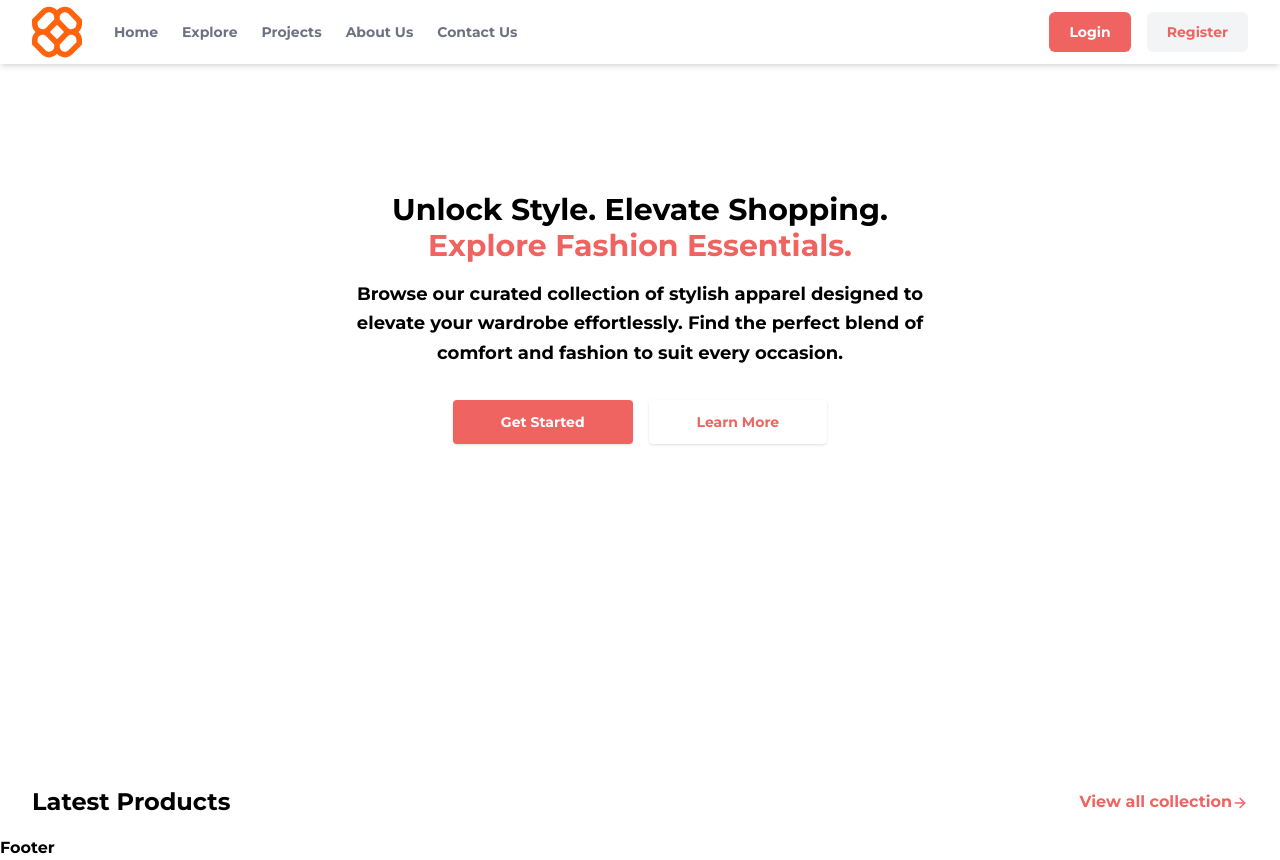
Repository: YahiaSala7/E-commerce-Project
Page: / (app in ecommerce/)
The author's editor kept a copy of each file at every save. The page is drawn from the files as they stood at one save, then again after the next save.
The browser window is 1280 px wide. The pictures show the whole page.
The page's requests for data from a server got no answer. The project was rebuilt for these pictures with package versions that can differ from the ones it lists, and the page was loaded fresh each time. The framework's server and built-in components were replaced by stand-ins that run in the browser. No one was signed in, and anything a server would have sent is missing. Also part of the build but not shown: ecommerce/next.config.mjs, ecommerce/app/_Components/ProductItem.jsx.

Above is the page before, as saved 2024-07-26 02:16:54.

### ecommerce/app/layout.js
import { Montserrat } from "next/font/google";
import "./globals.css";
import Header from "./_Components/Header";
import Footer from "./_Components/Footer";

const inter = Montserrat({ subsets: ["latin"], weight: "700" });

export const metadata = {
  title: "Create Next App",
  description: "Generated by create next app",
};

export default function RootLayout({ children }) {
  return (
    <html lang="en">
      <body className={inter.className}>
        <Header />
        {children}
        <Footer />
      </body>
    </html>
  );
}

### ecommerce/app/page.js
import Image from "next/image";
import Hero from "./_Components/Hero";
import ProductsSection from "./_Components/ProductsSection";

export default function Home() {
  return (
    <div className="home">
      <Hero />
      <ProductsSection />
    </div>
  );
}

### ecommerce/app/globals.css
@tailwind base;
@tailwind components;
@tailwind utilities;

:root {
  /* --foreground-rgb: 0, 0, 0; */
  /* --background-start-rgb: 214, 219, 220;
  --background-end-rgb: 255, 255, 255; */
}

@media (prefers-color-scheme: dark) {
  :root {
    /* --foreground-rgb: 0, 0, 0; */
    /* --background-start-rgb: 0, 0, 0;
    --background-end-rgb: 0, 0, 0; */
  }
}

body {
  color: rgb(var(--foreground-rgb));
  background: linear-gradient(
      to bottom,
      transparent,
      rgb(var(--background-end-rgb))
    )
    rgb(var(--background-start-rgb));
}

@layer utilities {
  .text-balance {
    text-wrap: balance;
  }
}

### ecommerce/app/_Components/Header.jsx
import React from "react";
function Header() {
  return (
    <header className="bg-white shadow-md">
      <div className=" flex h-16 max-w-screen-xl items-center gap-8 container mx-auto px-4 sm:px-6 lg:px-8">
        <img src="/logo.svg" width={"50px"} height={"50px"} />

        <div className="flex flex-1 items-center justify-end md:justify-between">
          <nav aria-label="Global" className="hidden md:block">
            <ul className="flex items-center gap-6 text-sm">
              <li>
                <a
                  className="text-gray-500 transition hover:text-gray-500/75"
                  href="#">
                  {" "}
                  Home{" "}
                </a>
              </li>

              <li>
                <a
                  className="text-gray-500 transition hover:text-gray-500/75"
                  href="#">
                  {" "}
                  Explore{" "}
                </a>
              </li>

              <li>
                <a
                  className="text-gray-500 transition hover:text-gray-500/75"
                  href="#">
                  {" "}
                  Projects{" "}
                </a>
              </li>

              <li>
                <a
                  className="text-gray-500 transition hover:text-gray-500/75"
                  href="#">
                  {" "}
                  About Us{" "}
                </a>
              </li>

              <li>
                <a
                  className="text-gray-500 transition hover:text-gray-500/75"
                  href="#">
                  {" "}
                  Contact Us{" "}
                </a>
              </li>
            </ul>
          </nav>

          <div className="flex items-center gap-4">
            <div className="sm:flex sm:gap-4">
              <a
                className="block rounded-md bg-primary px-5 py-2.5 text-sm font-medium text-white transition hover:bg-secondary "
                href="#">
                Login
              </a>

              <a
                className="hidden rounded-md bg-gray-100 px-5 py-2.5 text-sm font-medium text-primary transition hover:text-secondary sm:block"
                href="#">
                Register
              </a>
            </div>

            <button className="block rounded bg-gray-100 p-2.5 text-gray-600 transition hover:text-gray-600/75 md:hidden">
              <span className="sr-only">Toggle menu</span>
              <svg
                xmlns="http://www.w3.org/2000/svg"
                className="h-5 w-5"
                fill="none"
                viewBox="0 0 24 24"
                stroke="currentColor"
                strokeWidth="2">
                <path
                  strokeLinecap="round"
                  strokeLinejoin="round"
                  d="M4 6h16M4 12h16M4 18h16"
                />
              </svg>
            </button>
          </div>
        </div>
      </div>
    </header>
  );
}

export default Header;

### ecommerce/app/_Components/Hero.jsx
import React from "react";

function Hero() {
  return (
    <section className="">
      <div className="mx-auto max-w-screen-xl px-4 py-32 lg:flex lg:h-screen">
        <div className="mx-auto max-w-xl text-center">
          <h1 className="text-2xl font-extrabold sm:text-3xl ">
            Unlock Style. Elevate Shopping.
            <strong className="font-extrabold text-primary sm:block">
              {" "}
              Explore Fashion Essentials.{" "}
            </strong>
          </h1>

          <p className="mt-4 sm:text-[18px]/relaxed">
            Browse our curated collection of stylish apparel designed to elevate
            your wardrobe effortlessly. Find the perfect blend of comfort and
            fashion to suit every occasion.
          </p>

          <div className="mt-8 flex flex-wrap justify-center gap-4">
            <a
              className="block w-full rounded bg-primary px-12 py-3 text-sm font-medium text-white shadow hover:bg-secondary focus:outline-none focus:ring active:bg-red-500 sm:w-auto"
              href="#">
              Get Started
            </a>

            <a
              className="block w-full rounded px-12 py-3 text-sm font-medium text-primary shadow hover:text-secondary focus:outline-none focus:ring active:text-red-500 sm:w-auto"
              href="#">
              Learn More
            </a>
          </div>
        </div>
      </div>
    </section>
  );
}

export default Hero;

### ecommerce/app/_Components/ProductsSection.jsx
import React from "react";
import LatestProducts from "./LatestProducts";
import { ArrowRight } from "lucide-react";

function ProductsSection() {
  return (
    <>
      <div className="latest-products flex justify-between items-center mx-auto px-4 sm:px-6 lg:px-8 pb-4">
        <h2 className="text-[16px] sm:text-[20px] md:text-[24px]">
          Latest Products
        </h2>
        <h4 className="text-primary flex  items-center">
          View all collection{" "}
          <ArrowRight className="w-4 h-4 text-primary mt-[1px]" />{" "}
        </h4>
      </div>
      <LatestProducts />
    </>
  );
}

export default ProductsSection;

### ecommerce/app/_Components/LatestProducts.jsx
"use client";
import React, { useEffect, useState } from "react";
import ProdcutApis from "../_utils/ProdcutApis";
import ProductItem from "./ProductItem";

function LatestProducts() {
  const [latestProducts, setLatestProducts] = useState([]);
  useEffect(() => {
    getLatestProducts_();
  }, []);
  const getLatestProducts_ = () => {
    ProdcutApis.getLatestProducts().then((res) => {
      setLatestProducts(res.data.data);
    });
  };

  return (
    <div className="grid grid-cols-2 sm:grid-col-3 md:grid-cols-4 gap-3 mx-auto px-4 sm:px-6 lg:px-8">
      {latestProducts?.map((product) => (
        <ProductItem key={product.id} product={product} />
      ))}
    </div>
  );
}

export default LatestProducts;

### ecommerce/app/_utils/ProdcutApis.js
const { default: dataFetching } = require("./dataFetching");

const getLatestProducts = () => dataFetching.get("/products?populate=*");

export default {
  getLatestProducts,
};

### ecommerce/app/_utils/dataFetching.js
const { default: axios } = require("axios");

const apiKey = process.env.NEXT_PUBLIC_REST_API_KEY;
const baseUrl = "http://localhost:1337/api";

const dataFetching = axios.create({
  baseURL: baseUrl,
  headers: {
    Authorization: `Bearer ${apiKey}`,
  },
});

export default dataFetching;

### ecommerce/tailwind.config.js
/** @type {import('tailwindcss').Config} */
module.exports = {
  content: [
    "./pages/**/*.{js,ts,jsx,tsx,mdx}",
    "./components/**/*.{js,ts,jsx,tsx,mdx}",
    "./app/**/*.{js,ts,jsx,tsx,mdx}",
  ],
  theme: {
    extend: {
      backgroundImage: {
        "gradient-radial": "radial-gradient(var(--tw-gradient-stops))",
        "gradient-conic":
          "conic-gradient(from 180deg at 50% 50%, var(--tw-gradient-stops))",
      },
      colors: {
        primary: "#EF6461",
        secondary: " #B83D3A",
      },
    },
  },
  plugins: [],
};

Loaded but not shown: ecommerce/app/_Components/Footer.jsx (common file)

After the next save:
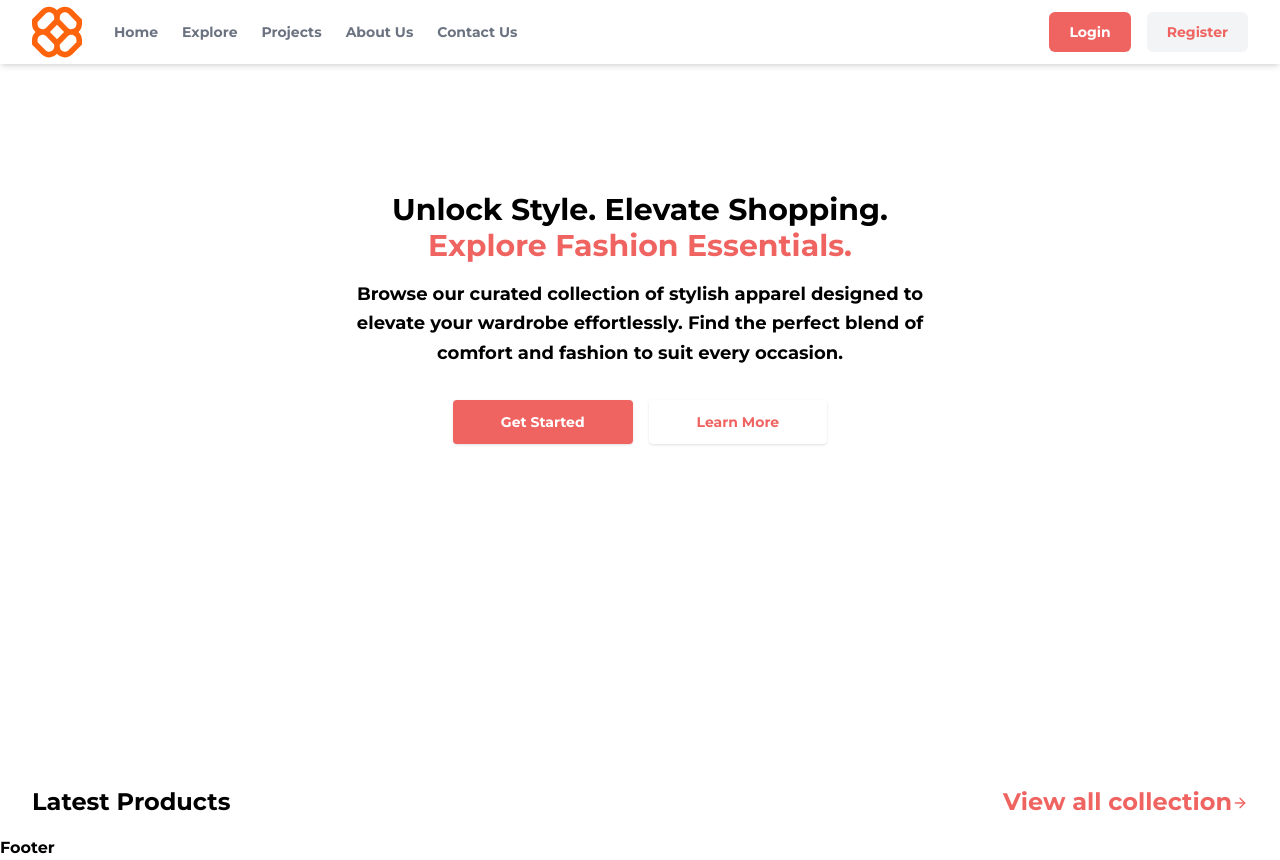
Saved 29 s later.
--- a/ecommerce/app/_Components/ProductsSection.jsx
+++ b/ecommerce/app/_Components/ProductsSection.jsx
@@ -6,10 +6,10 @@ function ProductsSection() {
   return (
     <>
       <div className="latest-products flex justify-between items-center mx-auto px-4 sm:px-6 lg:px-8 pb-4">
-        <h2 className="text-[16px] sm:text-[20px] md:text-[24px]">
+        <h2 className="text-[18px] sm:text-[20px] md:text-[24px]">
           Latest Products
         </h2>
-        <h4 className="text-primary flex  items-center">
+        <h4 className="text-primary flex  items-center text-[18px] sm:text-[20px] md:text-[24px]">
           View all collection{" "}
           <ArrowRight className="w-4 h-4 text-primary mt-[1px]" />{" "}
         </h4>
